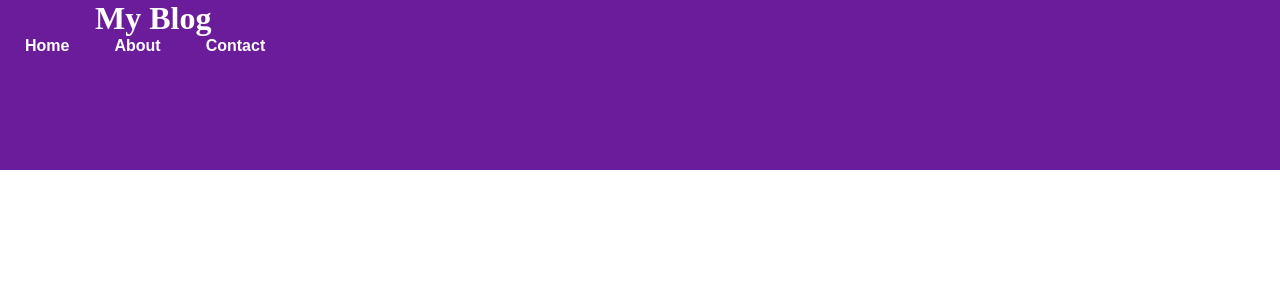
Repository: Femi007-gh/BLOG
Page: index.html
The author's editor kept a copy of each file at every save. The page is drawn from the files as they stood at one save, then again after the next save.
The browser window is 1280 px wide. The pictures show the whole page.

Above is the page before, as saved 2025-01-08 07:02:37.

### index.html
<html>
  <head>
    <title>BLOG</title>
    <link rel="stylesheet" href="style.css">
  </head>
  <body>
    <header>
      <h1 class="head">My Blog</h1>
      <nav>
        <ul>
          <li><a href="#">Home</a></li>
          <li><a href="#">About</a></li>
          <li><a href="#">Contact</a></li>
        </ul>
      </nav>
    </header>
  </body>
</html>

### style.css
header {
  background-color: 6B1C9B;
  color: white;
  height: 170px;
}
* {
  margin: 0;
  padding: 0;
}

.desc {
  max-width: 1200px;
  margin: o auto;
  display: flex;
  align-items: center;
  justify-content: space-between;
}

header h1 {
  margin-left:95px;
}

nav ul {
  list-style-type: none;
  display:  flex;
}

nav ul li {
  margin-right: 20px;
}

nav ul li a {
  color: white;
  text-decoration: none;
  font-weight: bold;
}

li{
  color: rgb(194, 189, 189);
  margin-left: 25px;
}

li a{
  text-decoration: none;
  color: black;
  font-family: Arial;
}

After the next save:
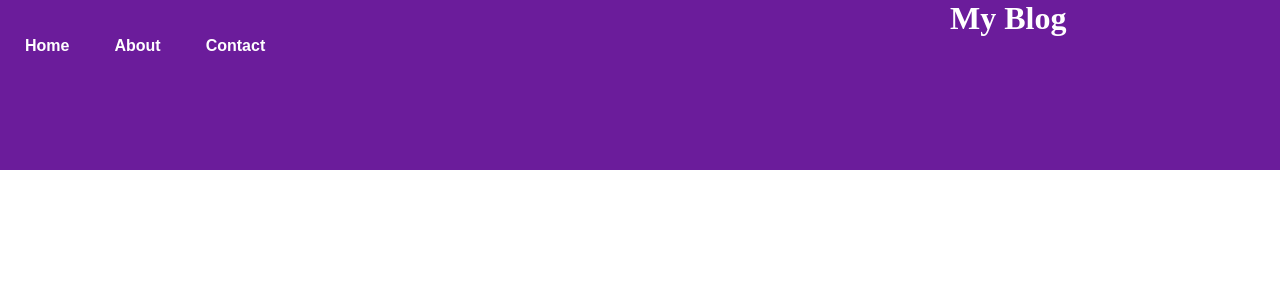
Saved 5 s later.
--- a/style.css
+++ b/style.css
@@ -17,7 +17,7 @@ header {
 }
 
 header h1 {
-  margin-left:95px;
+  margin-left:950px;
 }
 
 nav ul {
